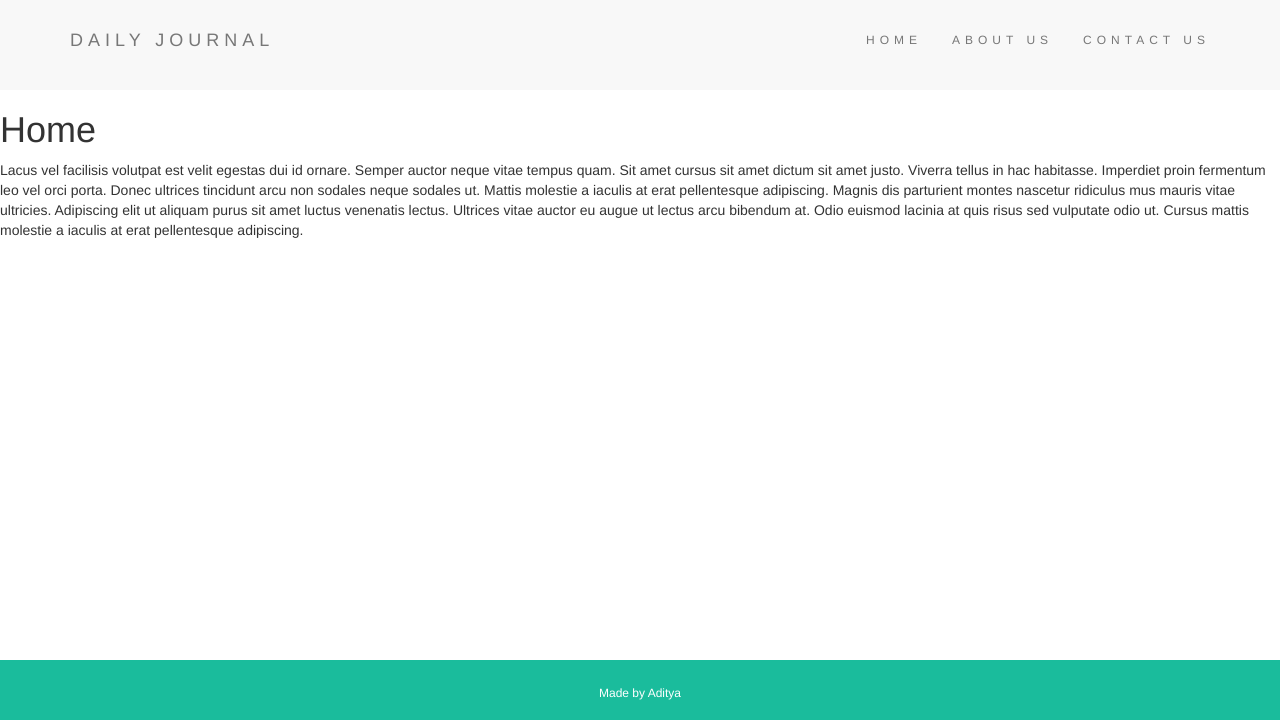
Repository: aditya-jha-kumar/Journal
Page: http://localhost/
The author's editor kept a copy of each file at every save. The page is drawn from the files as they stood at one save, then again after the next save.
The browser window is 1280 px wide. The pictures show the whole page.
The page is served by the project's Node server (app.js).

Above is the page before, as saved 2024-04-13 02:22:12.

After the next save:
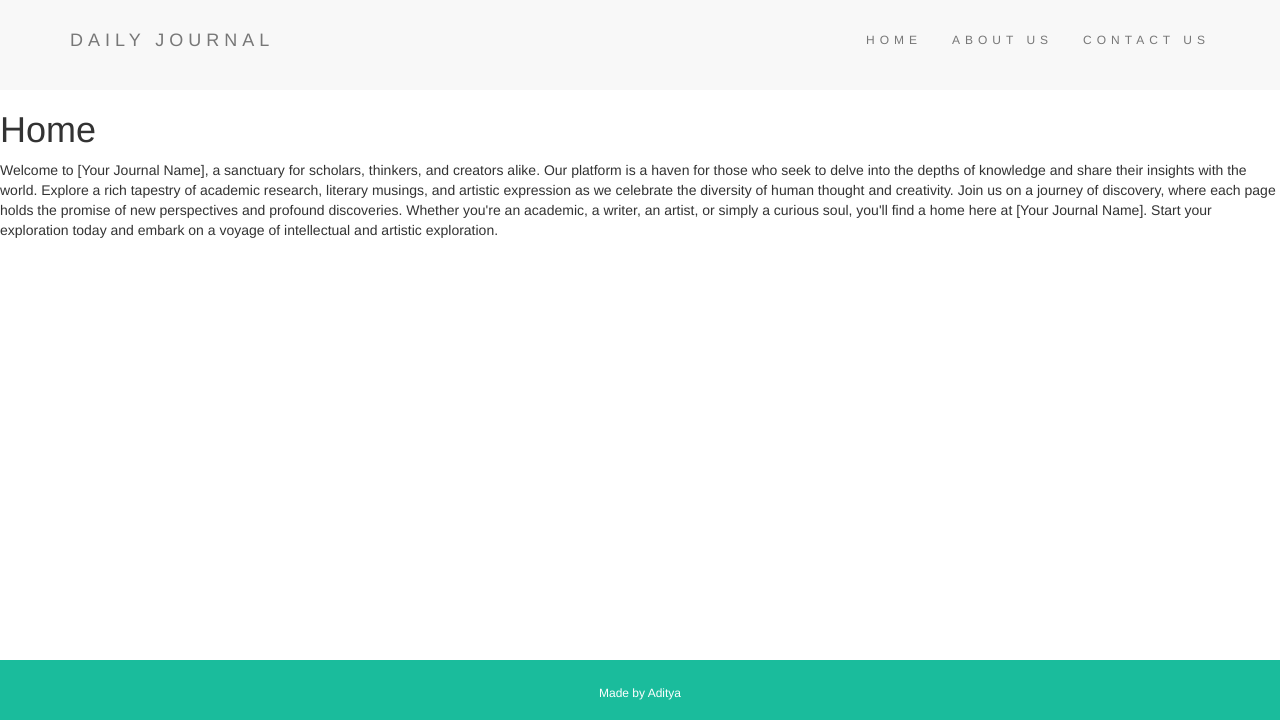
Saved 4 min 48 s later.
--- a/app.js
+++ b/app.js
@@ -5,7 +5,7 @@ const ejs = require("ejs");
 const _ = require("lodash");
 
 const homeStartingContent =
-  "Lacus vel facilisis volutpat est velit egestas dui id ornare. Semper auctor neque vitae tempus quam. Sit amet cursus sit amet dictum sit amet justo. Viverra tellus in hac habitasse. Imperdiet proin fermentum leo vel orci porta. Donec ultrices tincidunt arcu non sodales neque sodales ut. Mattis molestie a iaculis at erat pellentesque adipiscing. Magnis dis parturient montes nascetur ridiculus mus mauris vitae ultricies. Adipiscing elit ut aliquam purus sit amet luctus venenatis lectus. Ultrices vitae auctor eu augue ut lectus arcu bibendum at. Odio euismod lacinia at quis risus sed vulputate odio ut. Cursus mattis molestie a iaculis at erat pellentesque adipiscing.";
+  "Welcome to [Your Journal Name], a sanctuary for scholars, thinkers, and creators alike. Our platform is a haven for those who seek to delve into the depths of knowledge and share their insights with the world. Explore a rich tapestry of academic research, literary musings, and artistic expression as we celebrate the diversity of human thought and creativity. Join us on a journey of discovery, where each page holds the promise of new perspectives and profound discoveries. Whether you're an academic, a writer, an artist, or simply a curious soul, you'll find a home here at [Your Journal Name]. Start your exploration today and embark on a voyage of intellectual and artistic exploration.";
 const aboutContent =
   "Hac habitasse platea dictumst vestibulum rhoncus est pellentesque. Dictumst vestibulum rhoncus est pellentesque elit ullamcorper. Non diam phasellus vestibulum lorem sed. Platea dictumst quisque sagittis purus sit. Egestas sed sed risus pretium quam vulputate dignissim suspendisse. Mauris in aliquam sem fringilla. Semper risus in hendrerit gravida rutrum quisque non tellus orci. Amet massa vitae tortor condimentum lacinia quis vel eros. Enim ut tellus elementum sagittis vitae. Mauris ultrices eros in cursus turpis massa tincidunt dui.";
 const contactContent =
